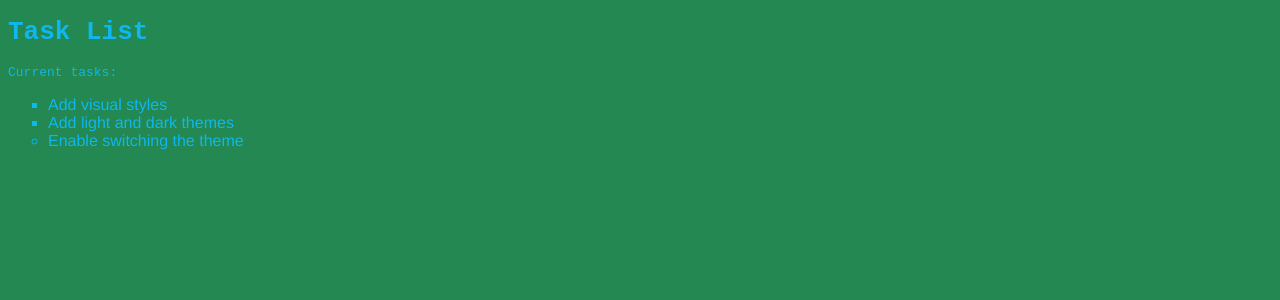
Repository: MaggieMengXingchen/Class-4
Page: index.html
An editor plug-in stored every save of this project. The page is shown before and after a run of saves, followed by the edit.
The browser window is 1280 px wide. The pictures show the whole page.

Above is the page before, as saved 2024-02-14 13:25:54.

After the next 4 saves:
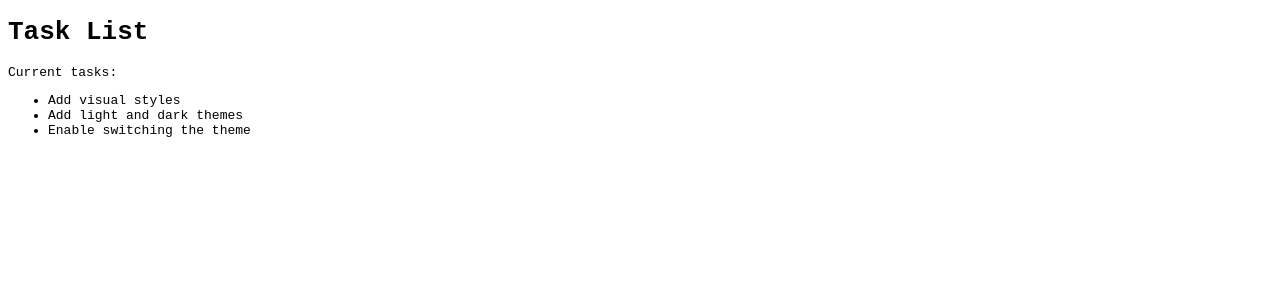
The 4 saves are shown as one change because they came seconds apart.
The last was saved 91 s later.
--- a/main.css
+++ b/main.css
@@ -1,5 +1,5 @@
 body {
-font-family: monospace;
+font-family: monospace; /*
 } ul {
 font-family: helvetica;
 }

After the 3 saves that followed:
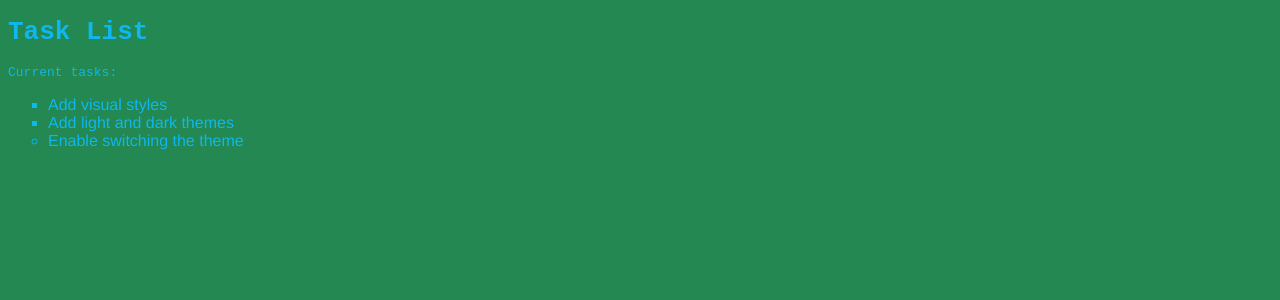
The 3 saves are shown as one change because they came seconds apart.
The last was saved 12 s later.
--- a/main.css
+++ b/main.css
@@ -1,5 +1,5 @@
 body {
-font-family: monospace; /*
+font-family: monospace; /*将网页主体部分的字体设置为等宽字体*/
 } ul {
 font-family: helvetica;
 }
